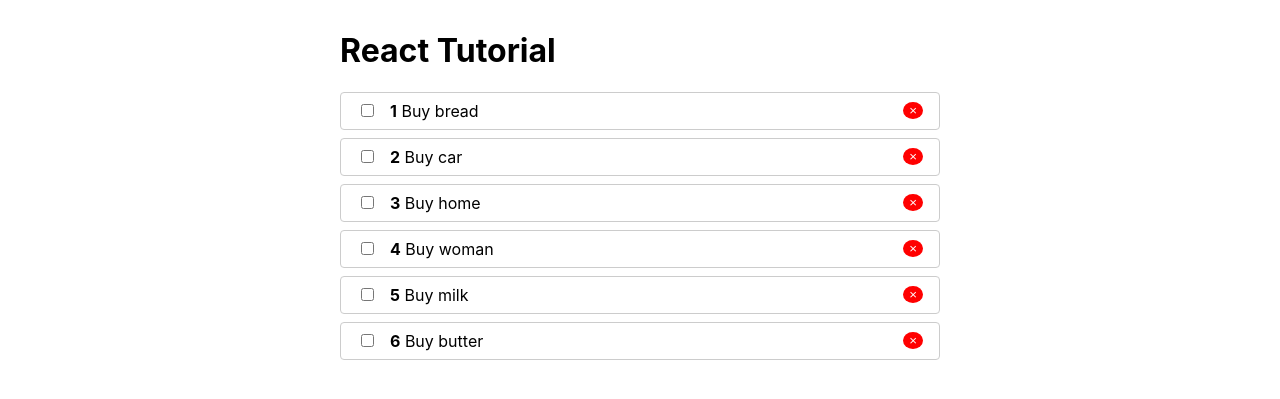
Repository: GregorPiev/rorganizer
Page: /
An editor plug-in stored every save of this project. The page is shown before and after the next save, followed by the edit.
The browser window is 1280 px wide. The pictures show the whole page.
The project was rebuilt for these pictures with package versions that can differ from the ones it lists, and the page was loaded fresh each time.

Above is the page before, as saved 2020-08-18 14:14:09.

### src/index.css
body {
	margin: 0;
	font-family: -apple-system, BlinkMacSystemFont, 'Segoe UI', 'Roboto', 'Oxygen',
		'Ubuntu', 'Cantarell', 'Fira Sans', 'Droid Sans', 'Helvetica Neue',
		sans-serif;
	-webkit-font-smoothing: antialiased;
	-moz-osx-font-smoothing: grayscale;
}

code {
	font-family: source-code-pro, Menlo, Monaco, Consolas, 'Courier New',
		monospace;
}
.wrapper {
	padding-top: 5px;
	margin: 5px auto;
	width: 600px;
}

### src/App.js
import React from 'react';
import TodoList from './Todo/TodoList/TodoList';

function App() {
  const todos = [
    { id: 1, completed: false, title: 'Buy bread' },
    { id: 2, completed: false, title: 'Buy car' },
    { id: 3, completed: false, title: 'Buy home' },
    { id: 4, completed: false, title: 'Buy woman' },
    { id: 5, completed: false, title: 'Buy milk' },
    { id: 6, completed: false, title: 'Buy butter' }
  ];
  return (
    <div className='wrapper'>
      <h1>React Tutorial</h1>
      <TodoList todos={todos} />
    </div>
  );
}

export default App;

### src/Todo/TodoList/TodoList.js
import React from 'react';
import PropTypes from 'prop-types';
import './TodoList.css';
import TodoItem from '../TodoItem/TodoItem';


function TodoList(props) {
    return (
        <ul className="ul_base">
            {
                props.todos.map((todo, index) => {
                    return <TodoItem key={todo.id} todo={todo} index={index} />
                })
            }
        </ul>
    )

}

TodoList.propTypes = {
    todos: PropTypes.arrayOf(PropTypes.object).isRequired
}
export default TodoList;

### src/Todo/TodoList/TodoList.css
.ul_base {
    list-style: none;
    margin: 0;
    padding: 0;
}

### src/Todo/TodoItem/TodoItem.js
import React from 'react';
import PropTypes from 'prop-types';
import './TodoItem.css';

function TodoItem({ todo, index }) {

    return (
        <li>
            <span>
                <input type='checkbox' />
                <strong>{index + 1}</strong>&nbsp;
                {todo.title}
            </span>
            <button className="rb">&times;</button>

        </li>
    )
}

TodoItem.propTypes = {
    todo: PropTypes.object.isRequired,
    index: PropTypes.number.isRequired
}

export default TodoItem;

### src/Todo/TodoItem/TodoItem.css
li {
  display: flex;
  justify-content: space-between;
  align-items: center;
  padding: 0.5rem 1rem;
  border: 1px solid #cccccc;
  border-radius: 4px;
  margin-bottom: 0.5rem;
}
input {
  margin-right: 1rem;
}
.rb {
  background: #f00;
  border-radius: 50%;
  color: #ffffff;
  border: none;
}

Loaded but not shown: public/index.html (common file); src/index.js (common file); src/serviceWorker.js (common file)

After the next save:
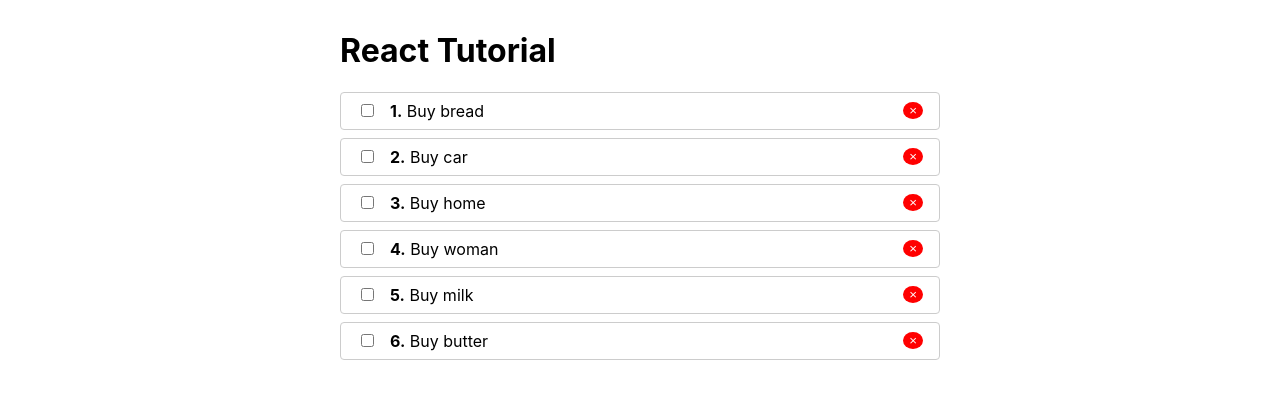
Saved 84 s later.
--- a/src/Todo/TodoItem/TodoItem.js
+++ b/src/Todo/TodoItem/TodoItem.js
@@ -8,7 +8,7 @@ function TodoItem({ todo, index }) {
         <li>
             <span>
                 <input type='checkbox' />
-                <strong>{index + 1}</strong>&nbsp;
+                <strong>{index + 1}.</strong>&nbsp;
                 {todo.title}
             </span>
             <button className="rb">&times;</button>
